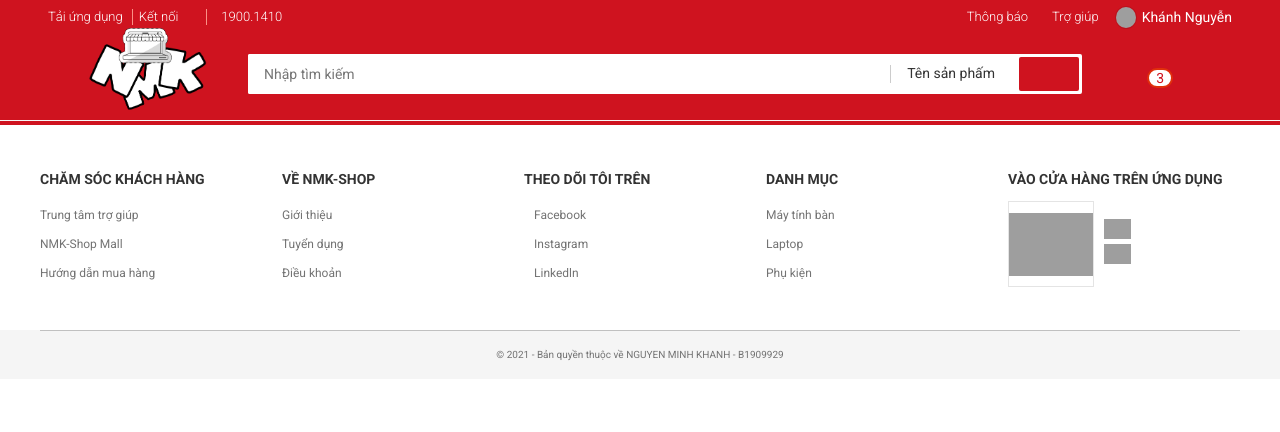
Repository: NguyenMinhKhanhB1909929/NMK-Shop
Page: orderedSuccess.html
An editor plug-in stored every save of this project. The page is shown before and after the next save, followed by the edit.
The browser window is 1280 px wide. The pictures show the whole page.
Pictures or frames that could not be fetched are drawn as grey boxes. Some icons come from a web library that is not loaded, so they are not drawn.

Above is the page before, as saved 2021-12-04 15:34:34.
Console error: TypeError: Cannot set properties of null (setting 'onclick')

After the next save:
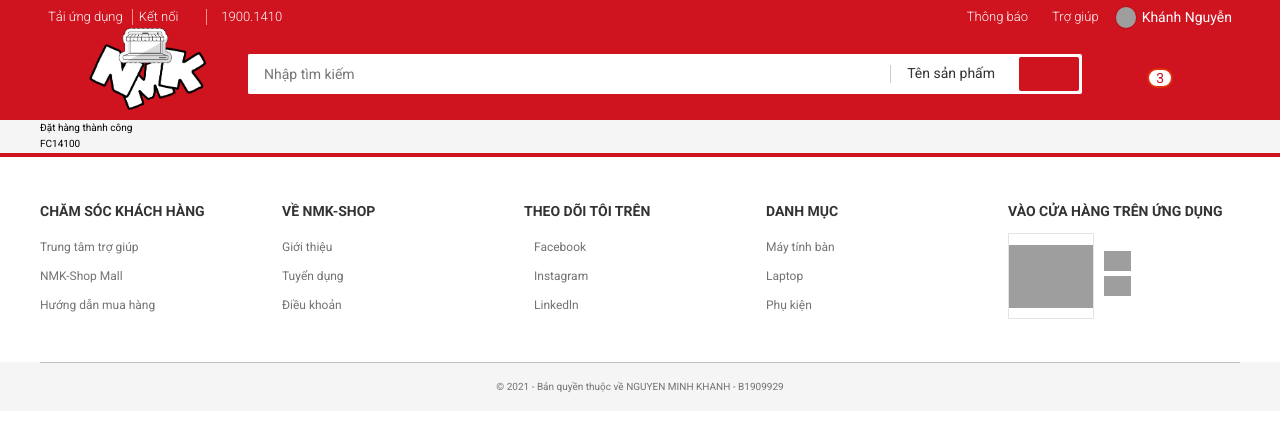
Saved 3 min 31 s later.
--- a/orderedSuccess.html
+++ b/orderedSuccess.html
@@ -365,7 +365,13 @@
       </header>
 
       <div class="app__container">
-        <div class="grid"></div>
+        <div class="grid">
+          <div class="ordered__success">
+            <div class="ordered__success-icon-wrap"></div>
+            <div class="ordered__success-titile">Đặt hàng thành công</div>
+            <div class="ordered__success-id">FC14100</div>
+          </div>
+        </div>
       </div>
 
       <footer class="footer">
